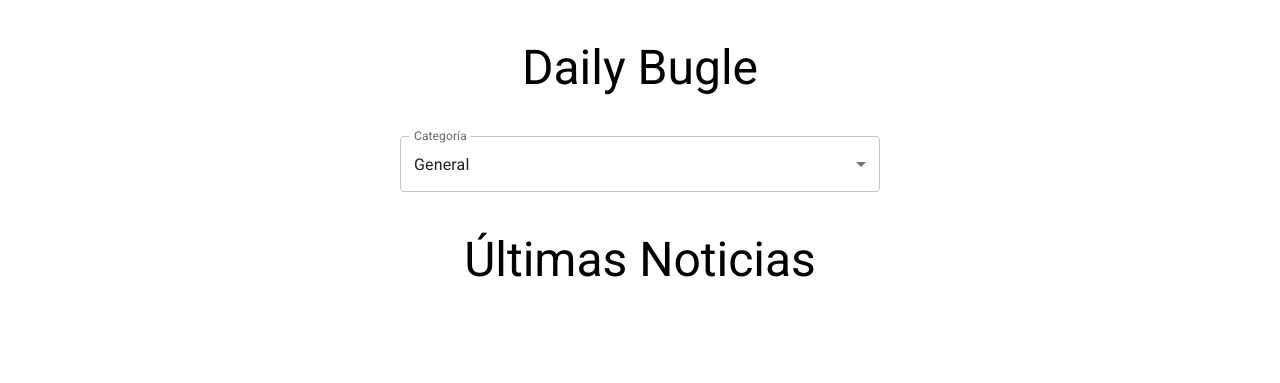
Repository: CarlosCamposRodriguez99/noticiasApp
Page: /
The author's editor kept a copy of each file at every save. The page is drawn from the files as they stood at one save, then again after a run of saves.
The browser window is 1280 px wide. The pictures show the whole page.
The page's requests for data from a server got no answer. Some web fonts or font styles are not loaded; a fallback is used. The project was rebuilt for these pictures with package versions that can differ from the ones it lists, and the page was loaded fresh each time. No one was signed in, and anything a server would have sent is missing. Also part of the build but not shown: vite.config.js, src/components/Noticia.jsx.

Above is the page before, as saved 2022-06-08 17:24:22.

### index.html
<!DOCTYPE html>
<html lang="en">
  <head>
    <meta charset="UTF-8" />
    <link rel="icon" type="image/svg+xml" href="/src/favicon.svg" />
    <meta name="viewport" content="width=device-width, initial-scale=1.0" />
    <title>Buscador de Noticias</title>
    <link rel="preconnect" href="https://fonts.googleapis.com">
    <link rel="preconnect" href="https://fonts.gstatic.com" crossorigin>
    <link href="https://fonts.googleapis.com/css2?family=Joan&family=Roboto:wght@300;400;500;700&display=swap" rel="stylesheet">
  </head>
  <body>
    <div id="root"></div>
    <script type="module" src="/src/main.jsx"></script>
  </body>
</html>

### src/App.jsx
import { Container, Grid, Typography } from '@mui/material';
import Formulario from './components/Formulario';
import ListadoNoticias from './components/ListadoNoticias';
import { NoticiasProvider } from './context/NoticiasProvider';

function App() {

  return (
    <NoticiasProvider>
      <Container>
          <header>
            <Typography
              align="center"
              marginY={5}
              component='h1'
              variant='h3'
            >
              Daily Bugle
            </Typography>
          </header>

        <Grid
          container
          direction='row'
          justifyContent='center'
          alignItems='center'
        >
          <Grid item md={6} xs={12} lg={5}>
            <Formulario />

          </Grid>
        </Grid>

        <ListadoNoticias/>

      </Container>
    </NoticiasProvider>
  )
}

export default App

### src/components/Formulario.jsx
import { FormControl, InputLabel, Select, MenuItem } from '@mui/material';
import useNoticias from '../context/useNoticias';

const CATEGORIAS = [
  { value: 'general', label: 'General'},
  { value: 'business', label: 'Negocios'},
  { value: 'entertainment', label: 'Entretenimiento'},
  { value: 'health', label: 'Salud'},
  { value: 'science', label: 'Ciencia'},
  { value: 'sports', label: 'Deportes'},
  { value: 'technology', label: 'Tecnología'},
]

const Formulario = () => {

  const {categoria, handleChangeCategoria} = useNoticias();

  return (
    <form>
      <FormControl fullWidth>
        <InputLabel>Categoría</InputLabel>
        <Select
          label="categoria"
          onChange={handleChangeCategoria}
          value={categoria}
        >
          {CATEGORIAS.map(categoria => (
            <MenuItem
              key={categoria.value}
              value={categoria.value}
            >
              {categoria.label}
            </MenuItem>
          ))}

        </Select>

      </FormControl>
    </form>
  )
}

export default Formulario

### src/components/ListadoNoticias.jsx
import Grid from '@mui/material/Grid';
import Typography from '@mui/material/Typography';
import Pagination from '@mui/material/Pagination';
import Stack from '@mui/material/Stack';
import useNoticias from '../context/useNoticias';
import Noticia from './Noticia';

const ListadoNoticias = () => {

  const { noticias } = useNoticias();

  return (
    <>
        <Typography
          textAlign='center'
          marginY={5}
          variant='h3'
          component='h2'
        >
          Últimas Noticias
        </Typography>

        <Grid
          container
          spacing={2}
        >
          {noticias.map(noticia => (
            <Noticia
              noticia={noticia}
              key={noticia.url}
            />
          ))}
        </Grid>
    </>
  )
}

export default ListadoNoticias;

### src/context/NoticiasProvider.jsx
import { useState, useEffect, createContext }from 'react';
import axios from 'axios';


const NoticiasContext = createContext()

const NoticiasProvider = ({children}) => {

  const [categoria, setCategoria] = useState('general');
  const [noticias, setNoticias] = useState([]);
  const [pagina, setPagina] = useState(1);
  const [totalNoticias, setTotalNoticias] = useState(1);

  const handleChangeCategoria = e => {
    setCategoria(e.target.value)
  }

  useEffect(() => {
    const consultarAPI = async () => {
      const url = `https://newsapi.org/v2/top-headlines?country=mx&category=${categoria}&apiKey=${import.meta.env.VITE_API_KEY}`;

      const { data } = await axios(url);

      setNoticias(data.articles);
      setTotalNoticias(data.totalResults);

    }
    consultarAPI();

  }, [categoria])


  return (
    <NoticiasContext.Provider
      value={{
        categoria,
        handleChangeCategoria,
        noticias

      }}
    >
        {children}

    </NoticiasContext.Provider>
  )
}

export {
  NoticiasProvider
}

export default NoticiasContext;

### src/context/useNoticias.jsx
import { useContext }from 'react';
import NoticiasContext from '../context/NoticiasProvider';

const useNoticias = () => {
  return useContext(NoticiasContext)
}

export default useNoticias;

Loaded but not shown: src/main.jsx (common file)

After the next 3 saves:
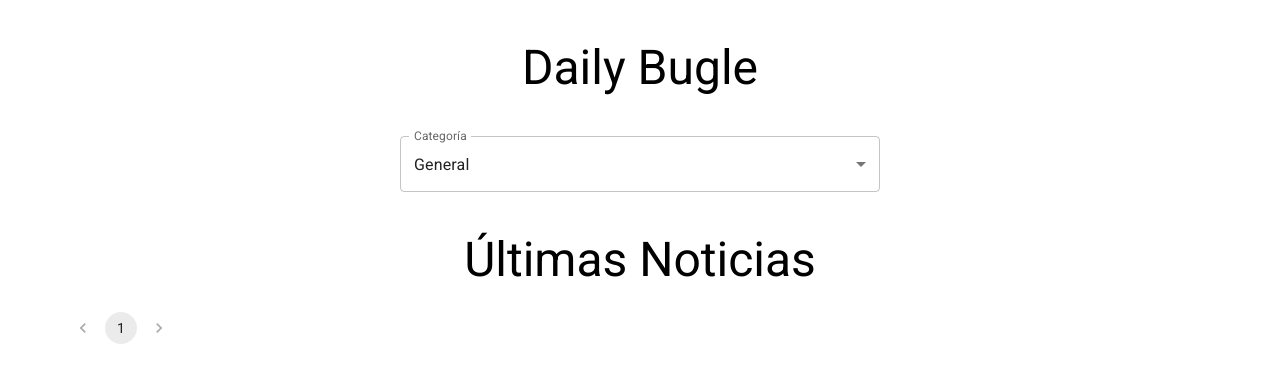
The 3 saves are shown as one change because they came seconds apart.
The last was saved 43 s later.
--- a/src/components/ListadoNoticias.jsx
+++ b/src/components/ListadoNoticias.jsx
@@ -31,6 +31,10 @@
             />
           ))}
         </Grid>
+
+        <Pagination>
+
+        </Pagination>
     </>
   )
 }
